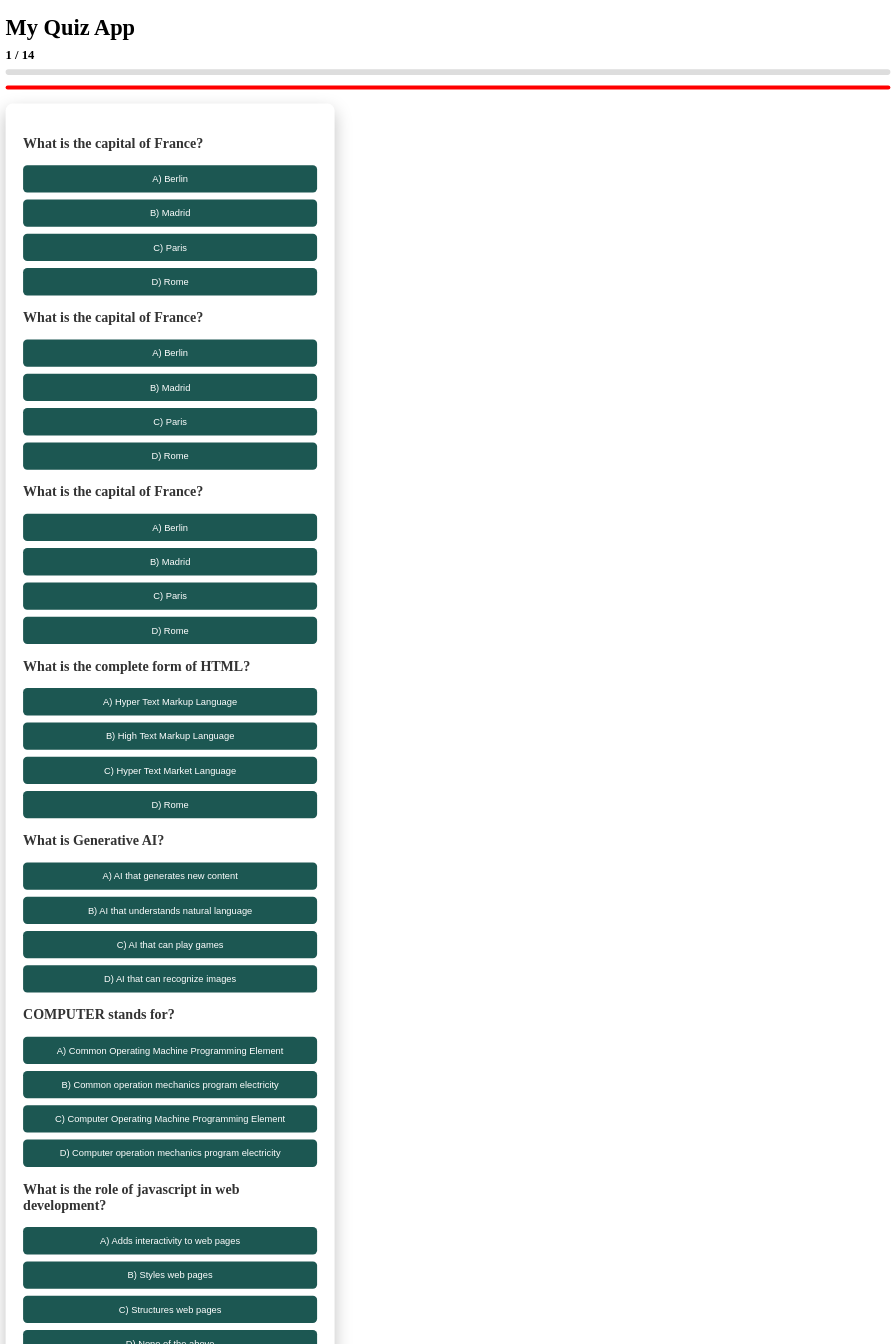
Repository: fatimaqueen9967-eng/SyntacexhubQuizApp
Page: index.html
The author's editor kept a copy of each file at every save. The page is drawn from the files as they stood at one save, then again after the next save.
The browser window is 1280 px wide. The pictures show the part of the page from y = 0 to 1920 px (the page is 3798 px tall before and 720 px after), at 70% of full size.

Above is the page before, as saved 2026-03-15 07:02:12.
Console error (its wording comes from the project's code and is left out).

After the next save:
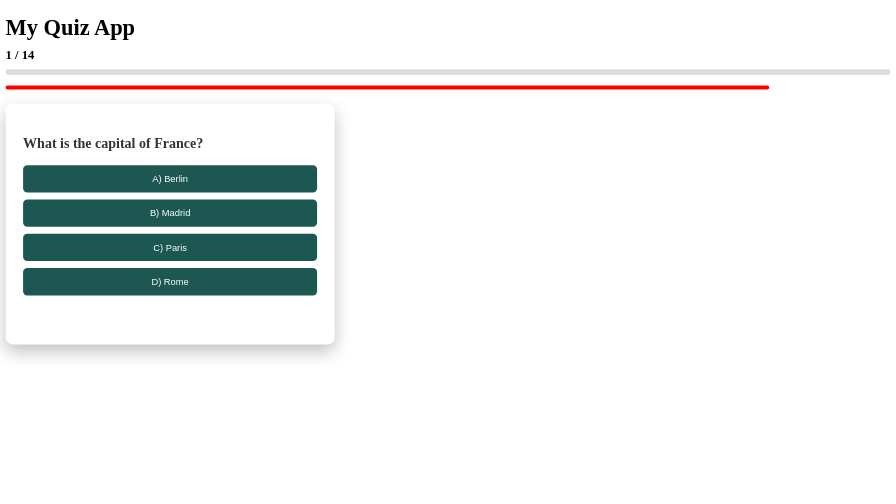
The error is gone.
Saved 6 s later.
--- a/script.js
+++ b/script.js
@@ -1,4 +1,4 @@
-/const questions = document.querySelectorAll(".question");
+const questions = document.querySelectorAll(".question");
 const options = document.querySelectorAll(".options");
 
 const buttons = document.querySelectorAll(".options button");
